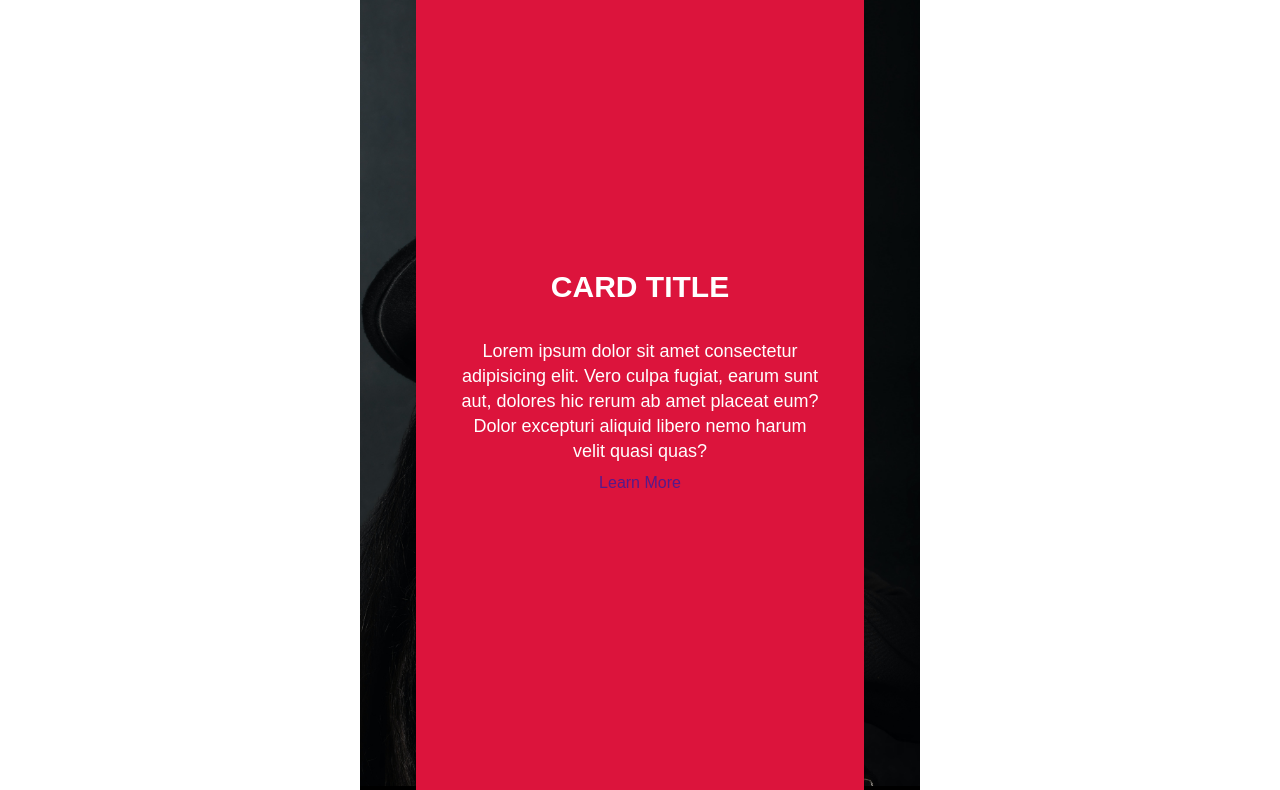
Repository: DevMike1993/100_Projects_HTML_CSS_JAVASCRIPT
Page: 07_Creative_Image_Hover_Effect/03_Effect/index.html
These files come from the project's save history. The page is drawn as it stood at one moment and after a run of saves; the edit follows.
The browser window is 1280 px wide. The pictures show the whole page.

Above is the page before, as saved 2023-11-30 12:44:39.

After the next 4 saves:
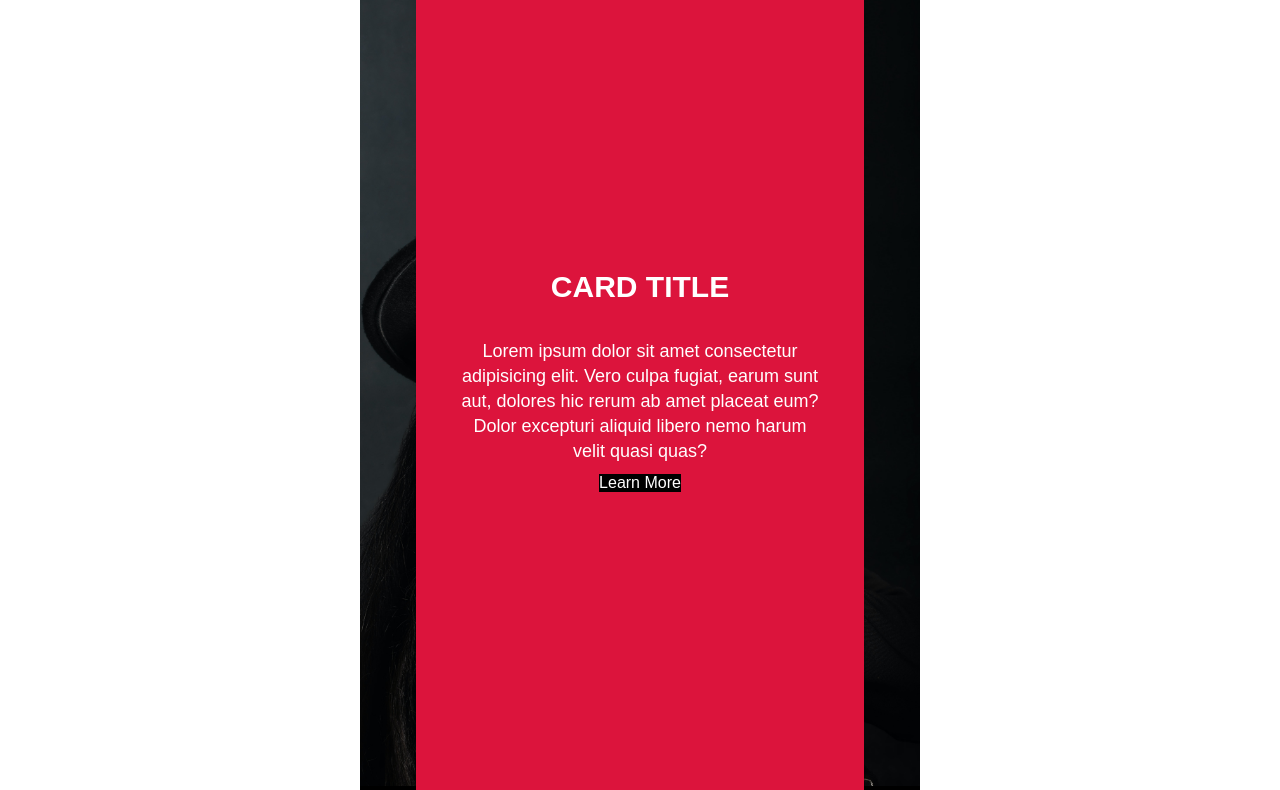
The 4 saves are shown as one change because they came seconds apart.
The last was saved 11 s later.
--- a/07_Creative_Image_Hover_Effect/03_Effect/style.css
+++ b/07_Creative_Image_Hover_Effect/03_Effect/style.css
@@ -50,7 +50,9 @@ p {
 
 a {
     text-decoration: none;
-    background-color: ;
+    background-color: black;
+    color: #fff;
+    padding: ;
 }
 
 img {
